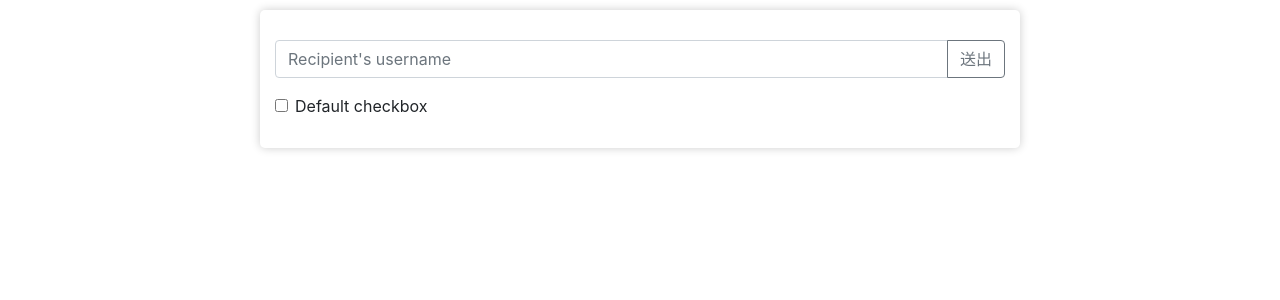
Repository: iian0910/vue3_todoList
Page: /
The author's editor kept a copy of each file at every save. The page is drawn from the files as they stood at one save, then again after the next save.
The browser window is 1280 px wide. The pictures show the whole page.
The project was rebuilt for these pictures with package versions that can differ from the ones it lists, and the page was loaded fresh each time.

Above is the page before, as saved 2021-02-23 14:57:42.

After the next save:
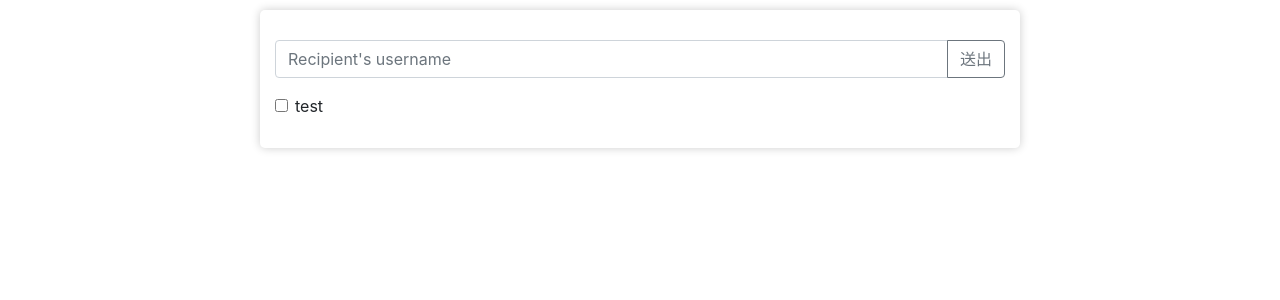
Saved 5 min 11 s later.
--- a/src/components/TodoList.vue
+++ b/src/components/TodoList.vue
@@ -13,12 +13,10 @@
 
         <!-- List 展示 -->
         <ul class="list">
-          <li class="list-item">
+          <li class="list-item" v-for="item in todoList" :key="item.id">
             <div class="form-check">
-              <input class="form-check-input" type="checkbox" value="" id="defaultCheck1">
-              <label class="form-check-label" for="defaultCheck1">
-                Default checkbox
-              </label>
+              <input class="form-check-input" type="checkbox" value="" :id="item.id">
+              <label class="form-check-label" :for="item.id">{{item.title}}</label>
             </div>
           </li>
         </ul>
@@ -29,7 +27,17 @@
 </template>
 <script lang="ts">
 export default {
-
+  name: 'TodoList',
+  data () {
+    return {
+      todoList: [
+        {
+          id: '001',
+          title: 'test'
+        }
+      ]
+    }
+  }
 }
 </script>
 <style lang="scss">
